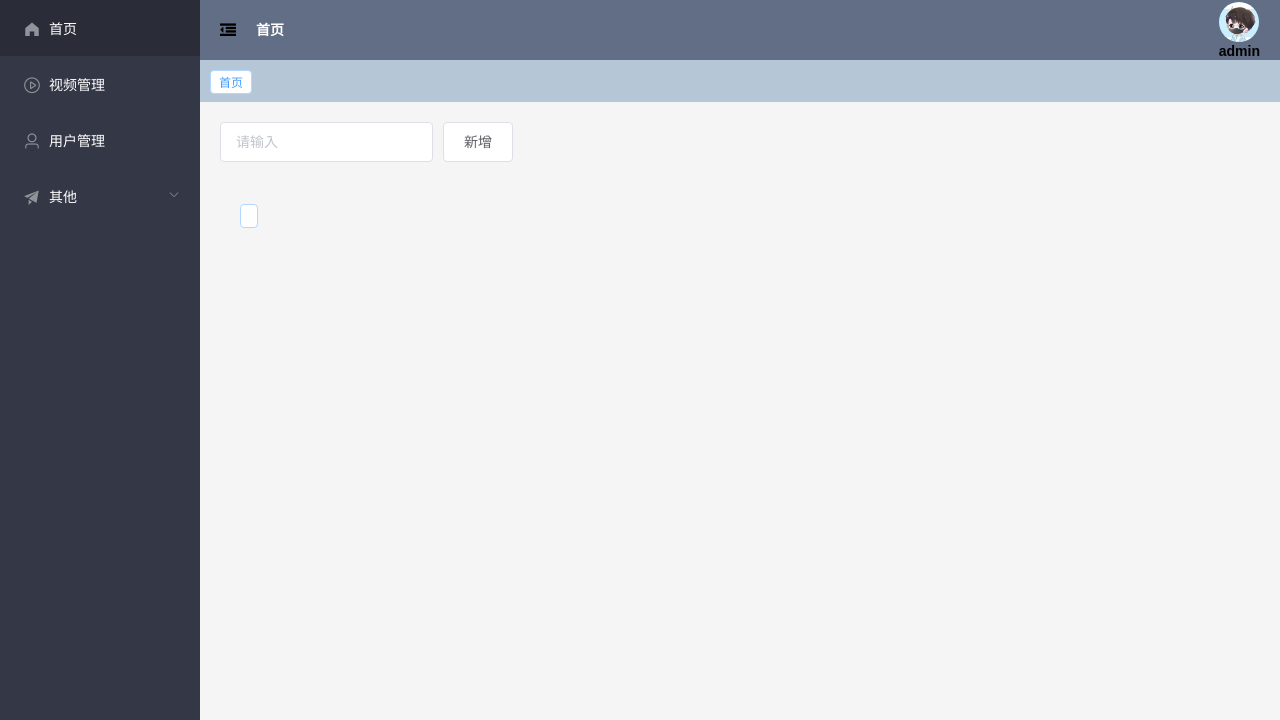
Repository: coWhy/vue-manage
Page: /#/user
An editor plug-in stored every save of this project. The page is shown before and after the next save, followed by the edit.
The browser window is 1280 px wide. The pictures show the whole page.
The project was rebuilt for these pictures with package versions that can differ from the ones it lists, and the page was loaded fresh each time. Also part of the build but not shown: vue.config.js.

Above is the page before, as saved 2020-04-14 03:26:17.

### src/main.js
import Vue from 'vue'
import App from './App.vue'
import router from './router'
import store from './store'
// 全局配置样式
import '@/assets/scss/reset.scss'
import '@/assets/font-awesome-4.7.0/css/font-awesome.css'
// 第三方包
import ElementUI from 'element-ui'
import 'element-ui/lib/theme-chalk/index.css'
// 自定义全局插件
import http from '@/plugins/http' // 自定义全局axios
// 引入Mock 主要是用于前端模拟使用 使用时 记得注释掉
import './mock'

Vue.config.productionTip = false
Vue.use(http)
console.log(
  `当前所处开发环境:【${process.env.NODE_ENV}】| 路由为: 【${process.env.VUE_APP_URL}】`
)
Vue.use(ElementUI)
new Vue({
  router,
  store,
  render: h => h(App)
}).$mount('#app')

### src/App.vue
<template>
  <div id="app">
    <router-view />
  </div>
</template>

<style lang="scss">
#app {
  // color: $theme-color;
  height: 100vh;
}
</style>

### src/router/index.js
import Vue from 'vue'
import VueRouter from 'vue-router'
//
const originalPush = VueRouter.prototype.push
VueRouter.prototype.push = function push(location) {
  return originalPush.call(this, location).catch(err => err)
}
Vue.use(VueRouter)

const routes = [
  {
    path: '/',
    component: () => import('@/views/layout/index'),
    children: [
      {
        path: '/',
        name: 'home',
        component: () => import('@/views/home/index')
      },
      {
        path: '/video',
        name: 'video',
        component: () => import('@/views/video/index')
      },
      {
        path: '/user',
        name: 'user',
        component: () => import('@/views/user/index')
      },
      {
        path: '/page1',
        name: 'page1',
        component: () => import('@/views/other/page1')
      },
      {
        path: '/page2',
        name: 'page2',
        component: () => import('@/views/other/page2')
      }
    ]
  }
]

const router = new VueRouter({
  routes
})

export default router

### src/store/index.js
import Vue from 'vue'
import Vuex from 'vuex'
import tag from './modules/tag'
Vue.use(Vuex)

export default new Vuex.Store({
  state: {},
  mutations: {},
  actions: {},
  modules: {
    tag
  }
})

### src/plugins/http.js
// 自定义开发插件
import axios from 'axios'

const MyHttpServer = {}

MyHttpServer.install = Vue => {
  // 基准地址
  // axios.defaults.baseURL = process.env.VUE_APP_URL
  const service = axios.create({
    baseURL: process.env.VUE_APP_URL, //请求基础url
    timeout: 3000 //  请求超时时间
  })
  // 添加请求拦截器 token拦截
  service.interceptors.request.use(
    config => {
      return config
    },
    err => {
      console.log(err)
    }
  )
  // 响应拦截器
  service.interceptors.response.use(
    response => {
      let res = {}
      //  此处对不同状态码 进行不同的操作 比如404 跳转页面等
      res.status = response.status
      res.data = response.data
      return res
    },
    err => {
      console.log(err)
    }
  )
  Vue.prototype.$http = axios
}
export default MyHttpServer

### src/mock/index.js
import Mock from 'mockjs'
import homeApi from './home'
Mock.setup({
  timeout: '200-2000' // 设置延时 [200 - 2000ms]
})
// 首页相关
// 拦截 /home/getData
Mock.mock('/home/getData', 'get', homeApi.getStatisticalData) // /\/home\/getData/.

### src/assets/scss/_variable.scss
// 全局配置样式 修改主题颜色
$theme-color: #33aef0;

### src/views/layout/index.vue
<template>
  <el-container class="container">
    <!-- 左侧菜单栏 -->
    <el-aside width="auto">
      <common-aside></common-aside>
    </el-aside>
    <el-container>
      <!-- 头部 -->
      <el-header class="header">
        <common-header></common-header>
      </el-header>
      <!-- Tab标签 -->
      <common-tag class="tag"></common-tag>
      <!-- 主体 -->
      <el-main>
        <router-view></router-view>
      </el-main>
    </el-container>
  </el-container>
</template>

<script>
import CommonAside from './components/aside/index'
import CommonHeader from './components/header/index'
import CommonTag from './components/tag/index'
export default {
  components: {
    CommonAside,
    CommonHeader,
    CommonTag
  }
}
</script>

<style lang="scss" scoped>
.container {
  height: 100%;
}
.header {
  background-color: #626e85; // 头部背景色
  width: 100%;
}
.main {
  padding-top: 0;
}
</style>

### src/views/user/index.vue
<template>
  <div class="manage">
    <div class="manage-header">
      <common-form inline :formLabel="formLabel" :form="searchFrom">
        <el-button>新增</el-button>
      </common-form>
    </div>
    <div class="manage-content">
      <common-table></common-table>
    </div>
  </div>
</template>

<script>
import CommonTable from '@/components/table'
import CommonForm from '@/components/form'
export default {
  components: {
    CommonTable,
    CommonForm
  },
  data() {
    return {
      searchFrom: {
        keyword: ''
      },
      formLabel: [
        {
          model: 'keyword',
          label: ''
        }
      ]
    }
  }
}
</script>

<style lang="scss" scoped>
.manage {
  height: 90%;
  padding-bottom: 20px;
  overflow: hidden;
  &-header {
    display: flex;
    justify-content: space-between;
    align-items: flex-start;
  }
}
</style>

### src/store/modules/tag.js
export default {
  state: {
    isCollapse: false, // 左侧菜单栏是否折叠
    curMenu: null, // 点击选中的菜单
    menuList: [], // 全部菜单
    tagList: [
      // 首页是不可关闭的
      {
        path: '/',
        name: 'home',
        title: '首页',
        icon: 'el-icon-s-home'
      }
    ] // 存放tags 点击后 就存到里面去
  },
  mutations: {
    // 点击 菜单之后 对应的tab 标签也要 进入 tabList 进行存放
    // 首页 不加入tabList
    getMenu(state, selectedMenu) {
      if (selectedMenu.name !== 'home') {
        state.curMenu = selectedMenu
        let result = state.tagList.findIndex(
          item => item.name === selectedMenu.name
        )
        if (result === -1) {
          // 没找到这个tag 就放进tagList
          state.tagList.push(selectedMenu)
        }
      } else {
        state.curMenu = null
      }
    },
    // 关闭选中的tag
    closeTag(state, selectedTag) {
      // if (selectedTag.name !== 'home') {
      // }
      // 找到tag的索引 进行删除
      let result = state.tagList.findIndex(
        item => item.name === selectedTag.name
      )
      state.tagList.splice(result, 1)
    },
    // 折叠左侧菜单栏
    collapseAsideMenu(state) {
      state.isCollapse = !state.isCollapse
    }
  },
  actions: {},
  modules: {}
}

### src/mock/home.js
import Mock from 'mockjs'

// 图表数据
let List = []
export default {
  getStatisticalData: () => {
    for (let i = 0; i < 7; i++) {
      List.push(
        Mock.mock({
          vue: Mock.Random.float(100, 8000, 0, 2),
          wechat: Mock.Random.float(100, 8000, 0, 2),
          ES6: Mock.Random.float(100, 8000, 0, 2),
          Redis: Mock.Random.float(100, 8000, 0, 2),
          React: Mock.Random.float(100, 8000, 0, 2),
          springboot: Mock.Random.float(100, 8000, 0, 2)
        })
      )
    }
    return {
      code: 20000,
      data: {
        // 饼图
        videoData: [
          {
            name: 'springboot',
            value: Mock.Random.float(1000, 10000, 0, 2)
          },
          {
            name: 'vue',
            value: Mock.Random.float(1000, 10000, 0, 2)
          },
          {
            name: '小程序',
            value: Mock.Random.float(1000, 10000, 0, 2)
          },
          {
            name: 'ES6',
            value: Mock.Random.float(1000, 10000, 0, 2)
          },
          {
            name: 'Redis',
            value: Mock.Random.float(1000, 10000, 0, 2)
          },
          {
            name: 'React',
            value: Mock.Random.float(1000, 10000, 0, 2)
          }
        ],
        // 柱状图
        userData: [
          {
            date: '周一',
            new: Mock.Random.integer(1, 100),
            active: Mock.Random.integer(100, 1000)
          },
          {
            date: '周二',
            new: Mock.Random.integer(1, 100),
            active: Mock.Random.integer(100, 1000)
          },
          {
            date: '周三',
            new: Mock.Random.integer(1, 100),
            active: Mock.Random.integer(100, 1000)
          },
          {
            date: '周四',
            new: Mock.Random.integer(1, 100),
            active: Mock.Random.integer(100, 1000)
          },
          {
            date: '周五',
            new: Mock.Random.integer(1, 100),
            active: Mock.Random.integer(100, 1000)
          },
          {
            date: '周六',
            new: Mock.Random.integer(1, 100),
            active: Mock.Random.integer(100, 1000)
          },
          {
            date: '周日',
            new: Mock.Random.integer(1, 100),
            active: Mock.Random.integer(100, 1000)
          }
        ],
        // 折线图
        orderData: {
          date: [
            '20191001',
            '20191002',
            '20191003',
            '20191004',
            '20191005',
            '20191006',
            '20191007'
          ],
          data: List
        },
        tableData: [
          {
            name: 'ES6',
            todayBuy: Mock.Random.float(100, 1000, 0, 2),
            monthBuy: Mock.Random.float(3000, 5000, 0, 2),
            totalBuy: Mock.Random.float(40000, 1000000, 0, 2)
          },
          {
            name: '小程序',
            todayBuy: Mock.Random.float(100, 1000, 0, 2),
            monthBuy: Mock.Random.float(3000, 5000, 0, 2),
            totalBuy: Mock.Random.float(40000, 1000000, 0, 2)
          },
          {
            name: 'Vue',
            todayBuy: Mock.Random.float(100, 1000, 0, 2),
            monthBuy: Mock.Random.float(3000, 5000, 0, 2),
            totalBuy: Mock.Random.float(40000, 1000000, 0, 2)
          },
          {
            name: 'springboot',
            todayBuy: Mock.Random.float(100, 1000, 0, 2),
            monthBuy: Mock.Random.float(3000, 5000, 0, 2),
            totalBuy: Mock.Random.float(40000, 1000000, 0, 2)
          },
          {
            name: 'React',
            todayBuy: Mock.Random.float(100, 1000, 0, 2),
            monthBuy: Mock.Random.float(3000, 5000, 0, 2),
            totalBuy: Mock.Random.float(40000, 1000000, 0, 2)
          },
          {
            name: 'Redis',
            todayBuy: Mock.Random.float(100, 1000, 0, 2),
            monthBuy: Mock.Random.float(3000, 5000, 0, 2),
            totalBuy: Mock.Random.float(40000, 1000000, 0, 2)
          }
        ]
      }
    }
  }
}

### src/views/layout/components/aside/index.vue
<template>
  <el-menu
    default-active="2"
    class="el-menu-vertical-demo"
    :background-color="asideSetting.bgColor"
    :text-color="asideSetting.texteColor"
    :active-text-color="asideSetting.activeTextColor"
    :collapse="isCollapse"
  >
    <!-- 这是没有子级菜单的
    handleClickMenu(item) 将选中的菜单元素存入store中的menu 用于tab使用
    由于 分两种情况 所以 下面两种 都需要加上handleClickMenu 事件
    v-for="item in noChildrenList" 遍历元素列表
    :index="item.path"  路由相关
    :key="item.title" 索引 避免重复
    -->
    <!-- noChildrenList -->
    <el-menu-item
      :index="item.path"
      v-for="item in noChildrenList"
      :key="item.title"
      @click="handleClickMenu(item)"
    >
      <i :class="item.icon"></i>
      <span slot="title">{{ item.title }}</span>
    </el-menu-item>
    <!-- hasChildrenList -->
    <el-submenu
      :index="item.title"
      v-for="item in hasChildrenList"
      :key="item.title"
    >
      <template slot="title">
        <i :class="item.icon"></i>
        <span slot="title">{{ item.title }}</span>
      </template>
      <el-menu-item-group>
        <el-menu-item
          :index="subItem.path"
          v-for="subItem in item.children"
          :key="subItem.title"
          @click="handleClickMenu(subItem)"
        >
          <i :class="subItem.icon"></i>
          <span slot="title">{{ subItem.title }}</span>
        </el-menu-item>
      </el-menu-item-group>
    </el-submenu>
  </el-menu>
</template>

<script>
export default {
  computed: {
    noChildrenList() {
      // asideMenuList 没有 子级菜单
      return this.asideMenuList.filter(item => !item.children)
    },
    hasChildrenList() {
      // asideMenuList 有 子级菜单
      return this.asideMenuList.filter(item => item.children)
    },
    // 取出vuex中的是否折叠isCollapse
    isCollapse() {
      return this.$store.state.tag.isCollapse
    }
  },
  data() {
    return {
      asideSetting: {
        bgColor: '#343746', // 侧边栏背景颜色
        activeTextColor: '#4ffffb', // 选中字体的颜色
        texteColor: '#fff' // 默认字体颜色
      },
      //侧边栏菜单列表
      asideMenuList: [
        {
          path: '/',
          name: 'home',
          title: '首页',
          icon: 'el-icon-s-home'
        },
        {
          path: '/video',
          name: 'video',
          title: '视频管理',
          icon: 'el-icon-video-play'
        },
        {
          path: '/user',
          name: 'user',
          title: '用户管理',
          icon: 'el-icon-user'
        },
        {
          title: '其他',
          icon: 'el-icon-s-promotion',
          children: [
            {
              path: '/page1',
              name: 'page1',
              title: '页面1',
              icon: 'el-icon-setting'
            },
            {
              path: '/page2',
              name: 'page2',
              title: '页面2',
              icon: 'el-icon-setting'
            }
          ]
        }
      ]
    }
  },
  methods: {
    // 选中菜单 传入store
    handleClickMenu(item) {
      // 跳转到指定的页面
      this.$router.push({ name: item.name })
      this.$store.commit('getMenu', item)
    }
  }
}
</script>

<style lang="scss" scoped>
.el-menu {
  // 菜单占满容器
  height: 100%;
  border: none;
}
// 折叠样式
.el-menu-vertical-demo:not(.el-menu--collapse) {
  width: 200px;
  min-height: 400px;
}
</style>

### src/views/layout/components/header/index.vue
<template>
  <header class="header">
    <div class="l-content">
      <!-- 折叠标签 可以折叠左侧菜单栏 折叠：fa fa-outdent 展开： fa fa-indent -->
      <i
        :class="
          $store.state.tag.isCollapse === true
            ? 'fa fa-indent'
            : 'fa fa-outdent '
        "
        aria-hidden="true"
        @click="collapseAsideMenu()"
      ></i>
      <!-- 面包屑导航 -->
      <el-breadcrumb separator="/">
        <!-- 默认保留一个 首页 -->
        <el-breadcrumb-item :to="{ path: '/' }">首页</el-breadcrumb-item>
        <!-- curMenu 不为null的时候才渲染出来 -->
        <el-breadcrumb-item :to="curMenu.path" v-if="curMenu">
          {{ curMenu.title }}
        </el-breadcrumb-item>
      </el-breadcrumb>
    </div>
    <!-- 用户部分 头像 下拉菜单 等 -->
    <div class="r-content">
      <el-dropdown trigger="click" size="mini">
        <span class="el-dropdown-link">
          <!-- 用户头像 和 用户名 动态获取 -->
          <img :src="userInfo.avatar" class="avatar" />
          <span class="name">{{ userInfo.username }}</span>
        </span>
        <el-dropdown-menu slot="dropdown">
          <el-dropdown-item>个人中心</el-dropdown-item>
          <el-dropdown-item>退出登录</el-dropdown-item>
        </el-dropdown-menu>
      </el-dropdown>
    </div>
  </header>
</template>

<script>
import { mapState } from 'vuex'
export default {
  computed: {
    ...mapState({
      curMenu: state => state.tag.curMenu // 选中的菜单对象
    })
  },
  data() {
    return {
      // 用户信息
      userInfo: {
        username: 'admin', // 用户名
        avatar: require('@/assets/images/user.jpg') // 用户头像
      }
    }
  },
  methods: {
    // 折叠左侧菜单栏
    collapseAsideMenu() {
      this.$store.commit('collapseAsideMenu')
    }
  }
}
</script>

<style lang="scss" scoped>
.header {
  display: flex;
  height: 100%;
  align-items: center;
  justify-content: space-between;
}
.l-content {
  // width: 380;
  display: flex;
  align-items: center;
  i {
    margin-right: 20px;
  }
  justify-content: space-between;
}
.r-content {
  .avatar {
    width: 40px;
    height: 40px;
    border-radius: 50%;
  }
  .name {
    display: flex;
    height: 100%;
    color: black;
    font-weight: bolder;
    align-items: center;
  }
}
</style>
<style lang="scss">
.el-breadcrumb__item {
  .el-breadcrumb__inner {
    color: #b9d0fb;
    font-weight: normal;
  }
  &:last-child {
    .el-breadcrumb__inner {
      color: #ffffff;
      font-weight: bolder;
    }
  }
}
</style>

### src/views/layout/components/tag/index.vue
<template>
  <div class="tags">
    <!--  tabs标签
  不是首页才可以关闭
  选中tag颜色变化 :effect="$route.name === tag.name ? 'dark' : 'plain'"
  -->
    <el-tag
      size="small"
      :key="tag.name"
      v-for="tag in tagList"
      :closable="tag.name !== 'home'"
      :disable-transitions="false"
      @close="handleClose(tag)"
      @click="changeMenu(tag)"
      :effect="$route.name === tag.name ? 'dark' : 'plain'"
    >
      {{ tag.title }}
    </el-tag>
  </div>
</template>

<script>
import { mapState, mapMutations } from 'vuex'
export default {
  computed: {
    ...mapState({
      tagList: state => state.tag.tagList
    })
  },
  data() {
    return {}
  },
  methods: {
    ...mapMutations({
      closeTag: 'closeTag'
    }),
    // 关闭tag
    handleClose(tag) {
      this.closeTag(tag)
    },
    changeMenu(tag) {
      this.$store.commit('getMenu', tag)
      this.$router.push({ name: tag.name })
    }
  }
}
</script>

<style lang="scss" scoped>
.tags {
  background-color: #b5c6d6;
  position: relative;
  height: 42px;
  border: none;
  overflow: hidden;
  padding: 10px;
  .el-tag {
    padding-top: 1px;
    padding-bottom: 1px;
    margin-right: 15px;
    cursor: pointer;
  }
}
</style>

### src/components/table/index.vue
<template>
  <div class="tabs">
    <el-tag
      :key="tag.name"
      size="small"
      v-for="(tag, index) in tags"
      :closable="tag.name !== 'home'"
      :disable-transitions="false"
      @close="handleClose(tag, index)"
      @click="changeMenu(tag)"
      :effect="$route.name === tag.name ? 'dark' : 'plain'"
    >
      {{ tag.label }}
    </el-tag>
  </div>
</template>

<script>
import { mapState, mapMutations } from 'vuex'
export default {
  computed: {
    ...mapState({
      tags: state => state.tag.tagList
    })
  },
  methods: {
    ...mapMutations({
      close: 'closeTag'
    }),
    handleClose(tag, index) {
      let length = this.tags.length - 1
      this.close(tag)
      // 如果关闭的标签不是当前路由的话，就不跳转
      if (tag.name !== this.$route.name) {
        return
      }
      // 关闭的标签是最右边的话，往左边跳转一个
      if (index === length) {
        this.$router.push({ name: this.tags[index - 1].name })
      } else {
        // 否则往右边跳转
        this.$router.push({ name: this.tags[index].name })
      }
    },
    changeMenu(item) {
      this.$router.push({ name: item.name })
      this.$store.commit('getMenu', item)
    }
  }
}
</script>

<style lang="scss" scoped>
.tabs {
  padding: 20px;
  .el-tag {
    margin-right: 15px;
    cursor: pointer;
  }
}
</style>

### src/components/form/index.vue
<template>
  <el-form :inline="inline" :model="form" ref="form" label-width="100px">
    <el-form-item
      v-for="item in formLabel"
      :key="item.model"
      :label="item.label"
    >
      <el-input
        v-model="form[item.model]"
        :placeholder="'请输入' + item.label"
        v-if="!item.type"
      ></el-input>
      <el-select
        v-model="form[item.model]"
        placeholder="请选择"
        v-if="item.type === 'select'"
      >
        <el-option
          v-for="item in item.opts"
          :key="item.value"
          :label="item.label"
          :value="item.value"
        ></el-option>
      </el-select>
      <el-switch
        v-model="form[item.model]"
        v-if="item.type === 'switch'"
      ></el-switch>
      <el-date-picker
        v-model="form[item.model]"
        type="date"
        placeholder="选择日期"
        v-if="item.type === 'date'"
        value-format="yyyy-MM-dd"
      >
      </el-date-picker>
    </el-form-item>
    <!-- 插槽 -->
    <el-form-item><slot></slot></el-form-item>
  </el-form>
</template>

<script>
export default {
  props: {
    inline: Boolean,
    form: Object,
    formLabel: Array
  }
}
</script>

<style lang="scss" scoped></style>

Loaded but not shown: public/index.html (common file); src/assets/scss/reset.scss (common file); src/assets/font-awesome-4.7.0/css/font-awesome.css (library)

After the next save:
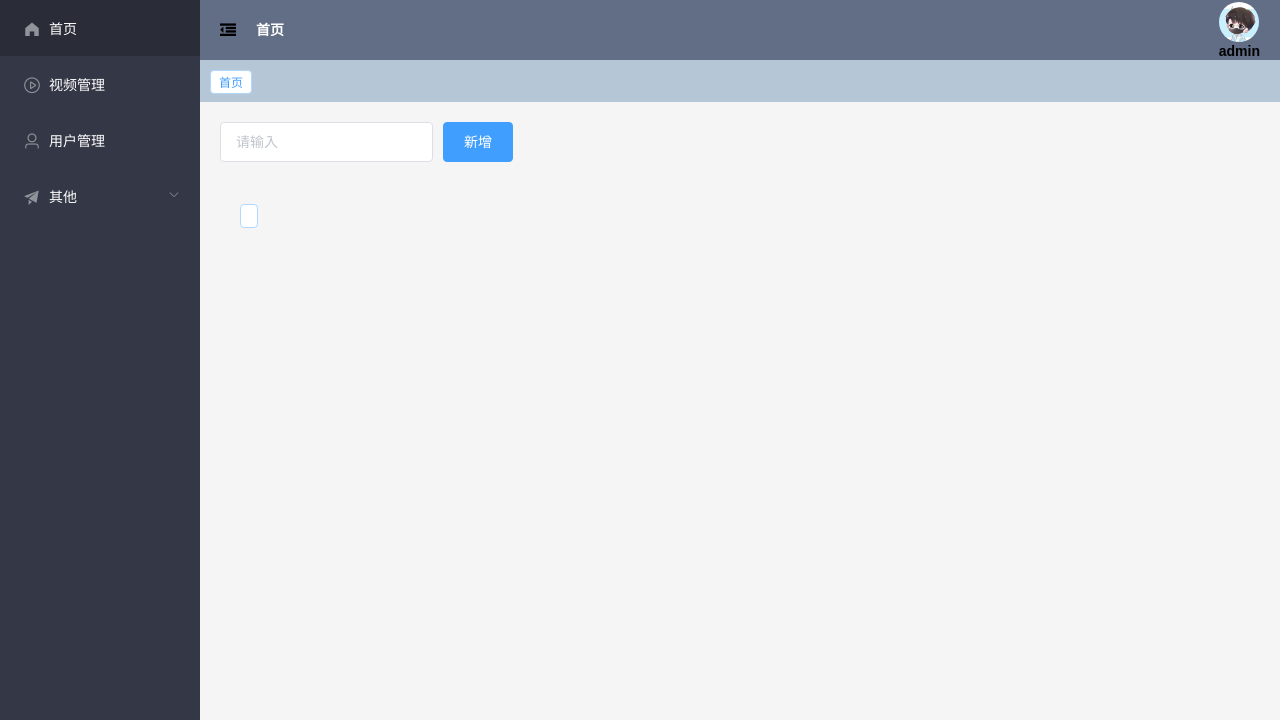
Saved 21 s later.
--- a/src/views/user/index.vue
+++ b/src/views/user/index.vue
@@ -2,7 +2,7 @@
   <div class="manage">
     <div class="manage-header">
       <common-form inline :formLabel="formLabel" :form="searchFrom">
-        <el-button>新增</el-button>
+        <el-button type="primary">新增</el-button>
       </common-form>
     </div>
     <div class="manage-content">
